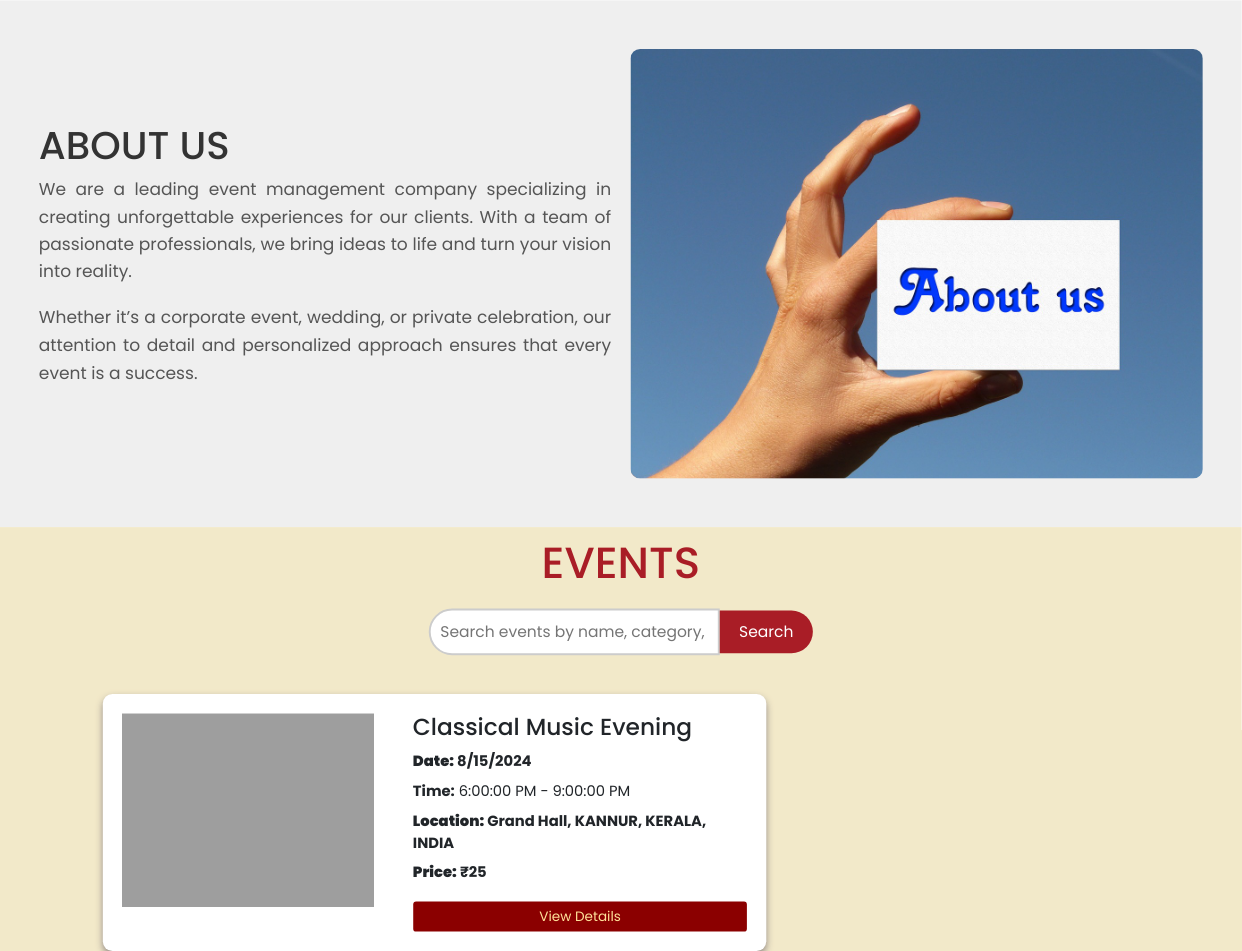
Repository: SharonSebastian32/Event-Management-System-
Page: index.html
These files come from the project's save history. The page is drawn as it stood at one moment and after a run of saves; the edit follows.
The browser window is 1280 px wide. The pictures show the part of the page from y = 820 to 1800 px (the page is 5963 px tall before and 6099 px after), at 97% of full size.
Pictures or frames that could not be fetched are drawn as grey boxes. A picture or video elsewhere on the page could not be fetched, so the positions and the page height are approximate. Some web libraries are served in a nearby version.

Above is the page before, as saved 2024-09-06 14:00:25.
Not found: assets/css/ContactUs.css

After the next 3 saves:
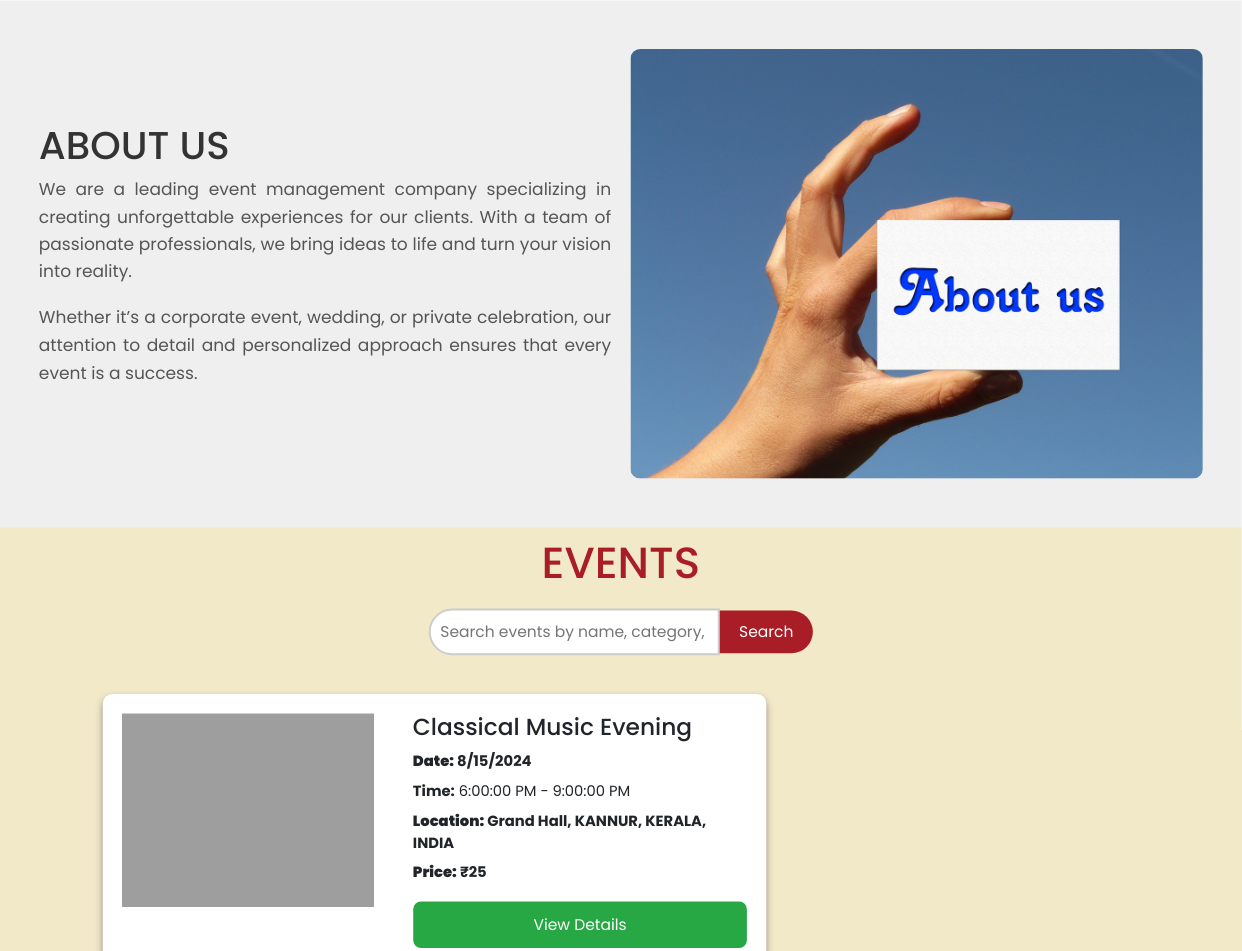
The 3 saves are shown as one change because they came seconds apart.
The last was saved 2 min 52 s later.
--- a/Css/Styles.css
+++ b/Css/Styles.css
@@ -236,6 +236,98 @@
      /* Darker red on hover */
  }
 
+.modal {
+    display: none;
+    /* Hidden by default */
+    position: fixed;
+    /* Stay in place */
+    z-index: 1;
+    /* Sit on top */
+    left: 0;
+    top: 0;
+    width: 100%;
+    /* Full width */
+    height: 100%;
+    /* Full height */
+    background-color: rgba(0, 0, 0, 0.8);
+    /* Black with opacity */
+    overflow: auto;
+    /* Enable scrolling if needed */
+    justify-content: center;
+    align-items: center;
+}
+
+/* Modal Content Box */
+.modal-content {
+    background-color: #fefefe;
+    margin: auto;
+    padding: 20px;
+    border: 2px solid #888;
+    width: 50%;
+    border-radius: 12px;
+    box-shadow: 0 5px 15px rgba(0, 0, 0, 0.3);
+    animation: fadeIn 0.5s ease-in-out;
+    text-align: center;
+}
+
+/* Close Button */
+.close {
+    color: #aaa;
+    float: right;
+    font-size: 28px;
+    font-weight: bold;
+    cursor: pointer;
+}
+
+.close:hover,
+.close:focus {
+    color: red;
+    text-decoration: none;
+    cursor: pointer;
+}
+
+/* Heading Styling */
+.modal-content h2 {
+    font-size: 24px;
+    color: #333;
+}
+
+/* Event Description */
+#event-description {
+    font-size: 18px;
+    color: #666;
+    line-height: 1.6;
+}
+
+/* Button Styling */
+.view-details-btn {
+    background-color: #28a745;
+    color: white;
+    border: none;
+    padding: 12px 24px;
+    border-radius: 8px;
+    font-size: 16px;
+    cursor: pointer;
+    transition: background-color 0.3s ease-in-out;
+}
+
+.view-details-btn:hover {
+    background-color: #218838;
+}
+
+/* Keyframes for Fade-in Animation */
+@keyframes fadeIn {
+    from {
+        opacity: 0;
+    }
+
+    to {
+        opacity: 1;
+    }
+}
+
+
+
 
 
 
